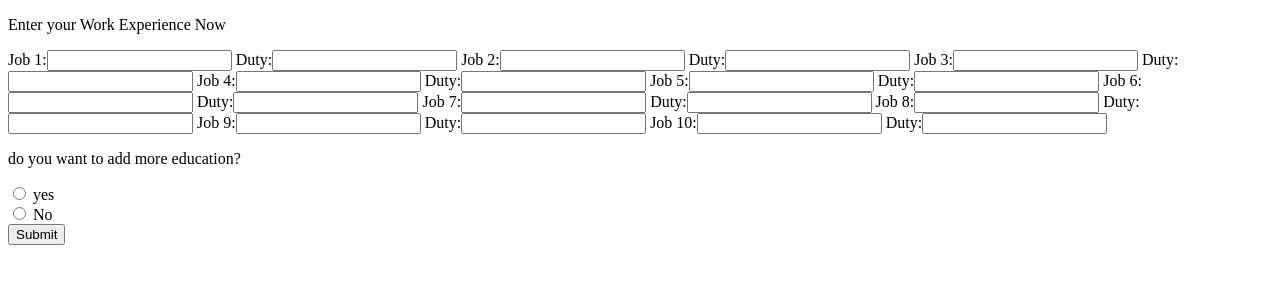
Repository: henokkeleta/SpringIt2
Page: http://localhost/WeekFour/WorkExperience_1.jsp
An editor plug-in stored every save of this project. The page is shown before and after the next save, followed by the edit.
The browser window is 1280 px wide. The pictures show the whole page.
The page is served by Tomcat 9. Other server files are loaded and not shown.

Above is the page before, as saved 2017-06-16 17:31:24.

### WeekFour/WebContent/WorkExperience_1.jsp
<%@ page language="java" contentType="text/html; charset=UTF-8"
    pageEncoding="UTF-8"%>
<!DOCTYPE html PUBLIC "-//W3C//DTD HTML 4.01 Transitional//EN" "http://www.w3.org/TR/html4/loose.dtd">
<html>
<head>
<meta http-equiv="Content-Type" content="text/html; charset=UTF-8">
<title>Insert title here</title>
</head>
<body>
<p>Enter your Work Experience Now</p>
<form action = "WorkExperience.jsp" method = "post">
Job 1:<input type = "text" name = "Job1" >
Duty:<input type = "text" name = "Duty" >
Job 2:<input type = "text" name = "Job2" >
Duty:<input type = "text" name = "Duty" >
Job 3:<input type = "text" name = "Job3" >
Duty:<input type = "text" name = "Duty" >
Job 4:<input type = "text" name = "Job4" >
Duty:<input type = "text" name = "Duty" >
Job 5:<input type = "text" name = "Job5" >
Duty:<input type = "text" name = "Duty" >
Job 6:<input type = "text" name = "Job6" >
Duty:<input type = "text" name = "Duty" >
Job 7:<input type = "text" name = "Job7" >
Duty:<input type = "text" name = "Duty" >
Job 8:<input type = "text" name = "Job8" >
Duty:<input type = "text" name = "Duty" >
Job 9:<input type = "text" name = "Job9" >
Duty:<input type = "text" name = "Duty" >
Job 10:<input type = "text" name = "Job10" >
Duty:<input type = "text" name = "Duty" >
<p> do you want to add more education?</p>

  <input type="radio" name="more" value="yes"> yes<br>
  <input type="radio" name="more" value="no"> No<br>
<input type = "Submit" value = "Submit">
</form>
</body>
</html>

After the next save:
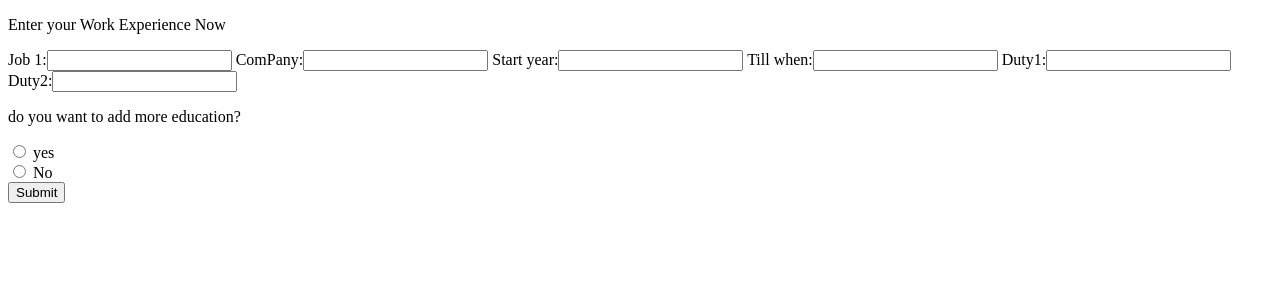
Saved 3 min 43 s later.
--- a/WeekFour/WebContent/WorkExperience_1.jsp
+++ b/WeekFour/WebContent/WorkExperience_1.jsp
@@ -10,25 +10,13 @@
 <p>Enter your Work Experience Now</p>
 <form action = "WorkExperience.jsp" method = "post">
 Job 1:<input type = "text" name = "Job1" >
-Duty:<input type = "text" name = "Duty" >
-Job 2:<input type = "text" name = "Job2" >
-Duty:<input type = "text" name = "Duty" >
-Job 3:<input type = "text" name = "Job3" >
-Duty:<input type = "text" name = "Duty" >
-Job 4:<input type = "text" name = "Job4" >
-Duty:<input type = "text" name = "Duty" >
-Job 5:<input type = "text" name = "Job5" >
-Duty:<input type = "text" name = "Duty" >
-Job 6:<input type = "text" name = "Job6" >
-Duty:<input type = "text" name = "Duty" >
-Job 7:<input type = "text" name = "Job7" >
-Duty:<input type = "text" name = "Duty" >
-Job 8:<input type = "text" name = "Job8" >
-Duty:<input type = "text" name = "Duty" >
-Job 9:<input type = "text" name = "Job9" >
-Duty:<input type = "text" name = "Duty" >
-Job 10:<input type = "text" name = "Job10" >
-Duty:<input type = "text" name = "Duty" >
+ComPany:<input type = "text" name = "Company" >
+Start year:<input type = "text" name = "StartYear" >
+Till when:<input type = "text" name = "Till" >
+Duty1:<input type = "text" name = "Duty1" >
+
+Duty2:<input type = "text" name = "Duty2" >
+
 <p> do you want to add more education?</p>
 
   <input type="radio" name="more" value="yes"> yes<br>
